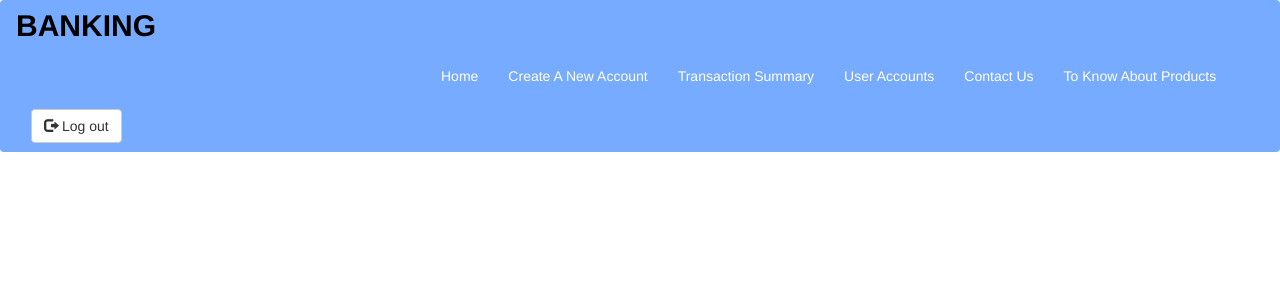
Repository: rukmini10/DXC
Page: http://localhost/Account/AdminHeader.jsp
An editor plug-in stored every save of this project. The page is shown before and after the next save, followed by the edit.
The browser window is 1280 px wide. The pictures show the whole page.
Some web libraries are served in a nearby version. The page is served by Tomcat 9.

Above is the page before, as saved 2022-05-03 12:48:08.

After the next save:
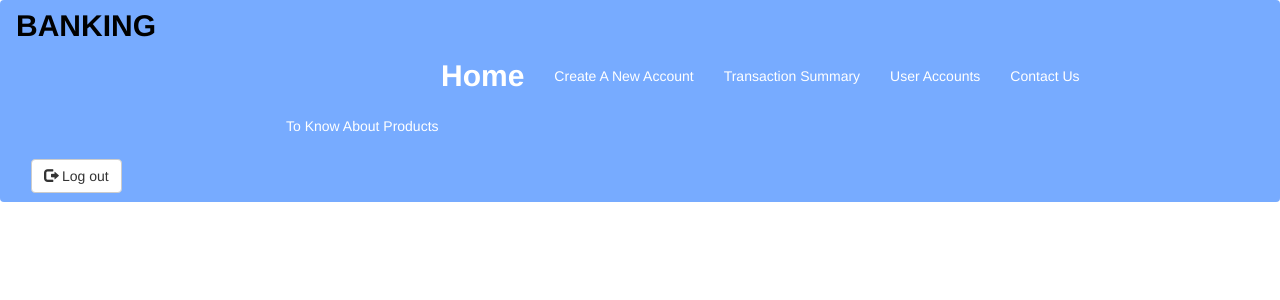
Saved 56 s later.
--- a/DXC_MAVEN/Account/src/main/webapp/AdminHeader.jsp
+++ b/DXC_MAVEN/Account/src/main/webapp/AdminHeader.jsp
@@ -18,7 +18,7 @@
       <a class="navbar-brand" href="#" style="color:black;font-size:30px;font-weight:bold;">BANKING</a>
     </div>
     <ul style="padding-left:255px" class="nav navbar-nav">
-      <li style="padding-left:155px" class="active"><a href="#" style="color:white">Home</a></li>
+      <li style="color:black;font-size:30px;font-weight:bold;padding-left:155px" class="active"><a href="#" style="color:white">Home</a></li>
       <li><a href="createAccount.obj" style="color:white"> Create A New Account</a></li>
       <li><a href="viewStatement.obj" style="color:white">Transaction Summary</a></li>
 	  <li><a href="#" style="color:white">User Accounts</a></li>
